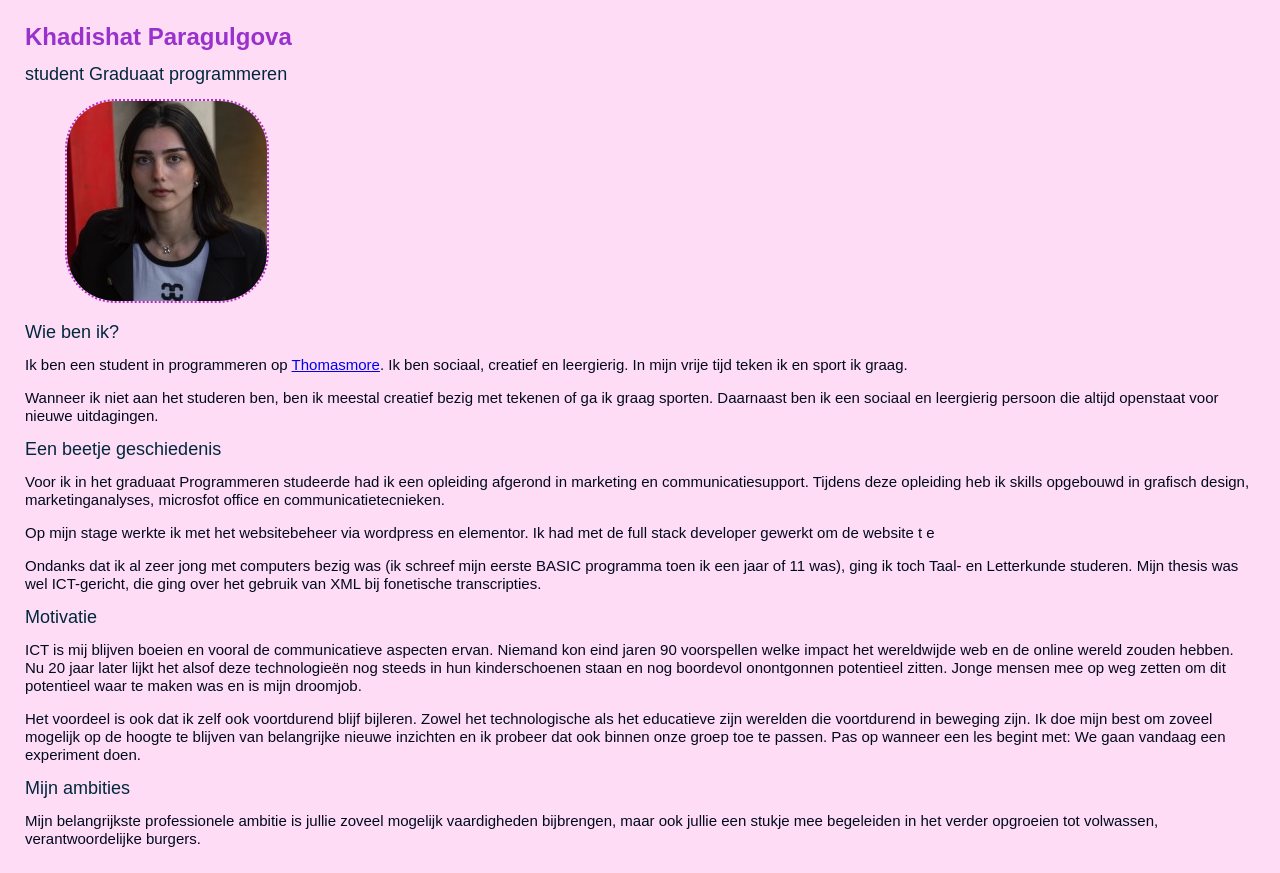
Repository: khadishat00/portfolio
Page: index.html
The author's editor kept a copy of each file at every save. The page is drawn from the files as they stood at one save, then again after a run of saves.
The browser window is 1280 px wide. The pictures show the whole page.

Above is the page before, as saved 2026-09-24 15:10:47.

After the next 2 saves:
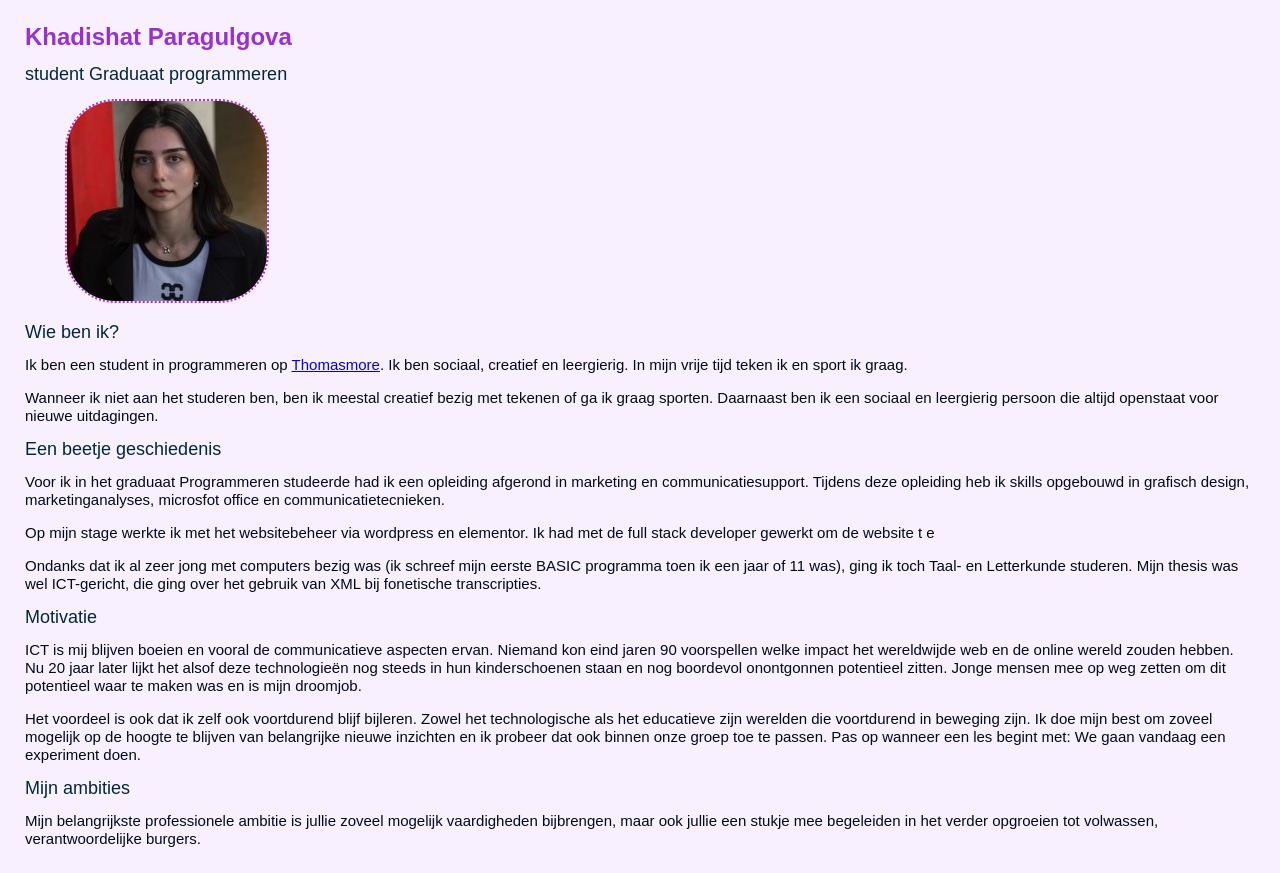
The 2 saves are shown as one change because they came seconds apart.
The last was saved 7 s later.
--- a/index.html
+++ b/index.html
@@ -10,7 +10,7 @@
       font-family: Arial, sans-serif;
     }
     body {
-      background-color: rgba(255, 160, 231, 0.366);
+      background-color: rgba(238, 216, 255, 0.366);
       margin: 25px;
     }
     h1 {
